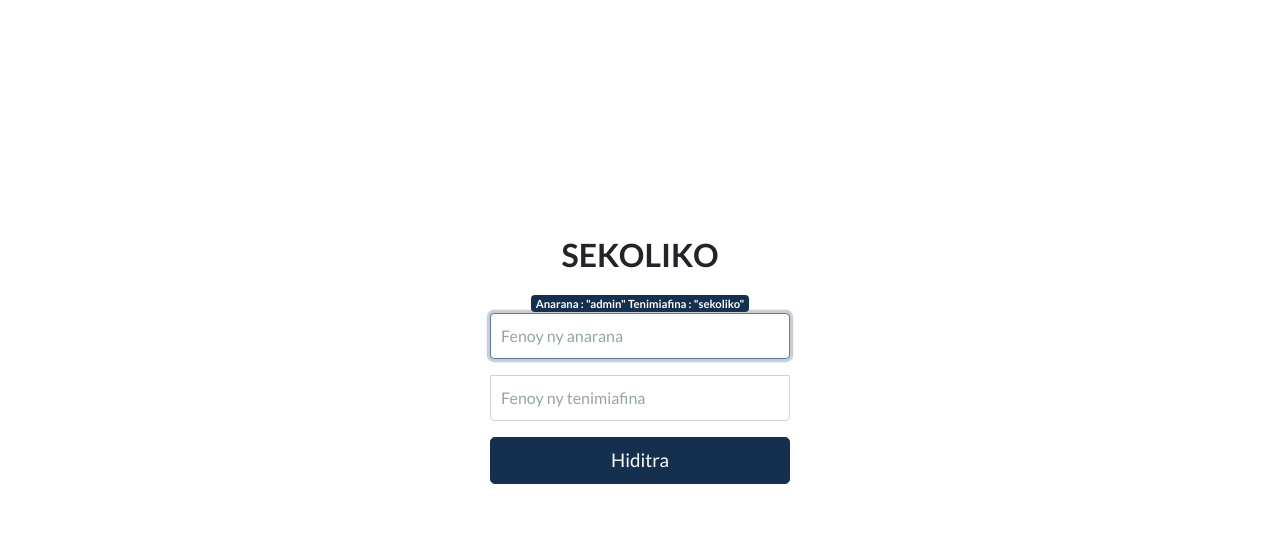
Repository: niainamahefa/j2ee-sekoliko
Page: http://localhost/Ecole/login
An editor plug-in stored every save of this project. The page is shown before and after the next save, followed by the edit.
The browser window is 1280 px wide. The pictures show the whole page.
The page is served by Tomcat 9.

Above is the page before, as saved 2021-02-07 21:06:48.

After the next save:
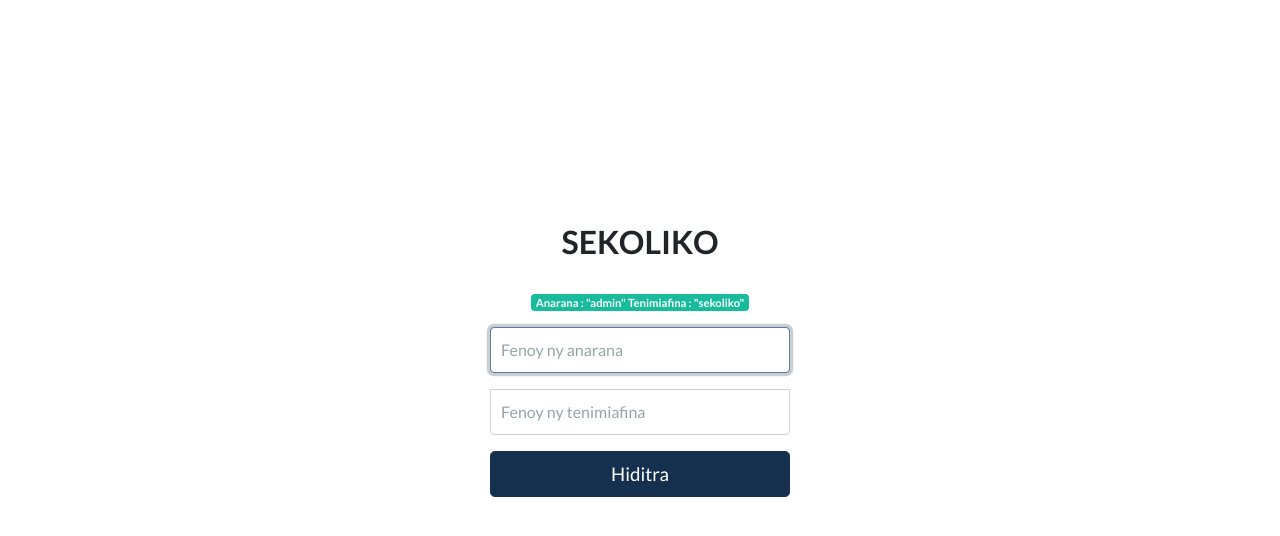
Saved 36 s later.
--- a/Ecole/WebContent/WEB-INF/login.jsp
+++ b/Ecole/WebContent/WEB-INF/login.jsp
@@ -36,7 +36,7 @@
   <body class="text-center">
 	    <form class="form-signin" method="post">
 		  <h1 class="h3 mb-3 font-weight-bold">SEKOLIKO</h1>
-		  <div class="badge badge-primary">Anarana : "admin" Tenimiafina : "sekoliko"</div>
+		  <div class="badge badge-success mt-3 mb-3">Anarana : "admin" Tenimiafina : "sekoliko"</div>
 		  <label for="inputEmail" class="sr-only">Anarana</label>
 		  <input type="text" id="inputEmail" class="form-control" placeholder="Fenoy ny anarana"  name="anarana" required autofocus>
 		  <label for="inputPassword" class="sr-only">Tenimiafina</label>
